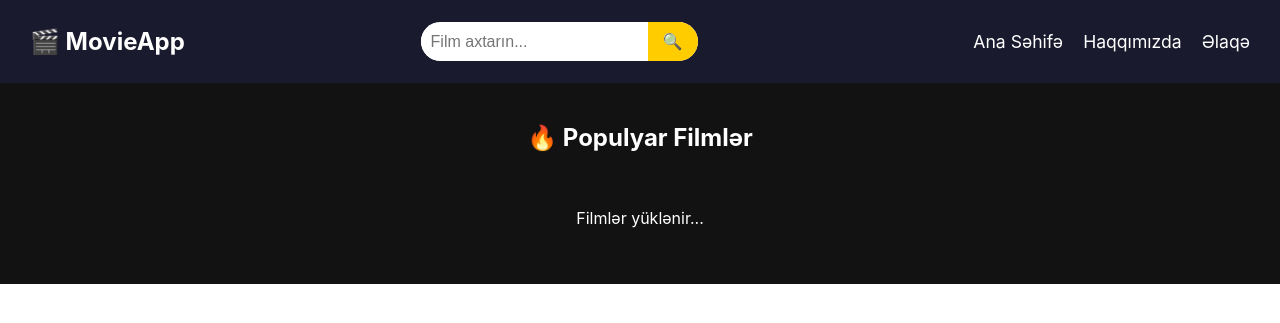
Repository: Zulfiyya077/InternIntelligence_MovieWebsite
Page: /
An editor plug-in stored every save of this project. The page is shown before and after the next save, followed by the edit.
The browser window is 1280 px wide. The pictures show the whole page.
The page's requests for data from a server got no answer. The project was rebuilt for these pictures with package versions that can differ from the ones it lists, and the page was loaded fresh each time. No one was signed in, and anything a server would have sent is missing. Also part of the build but not shown: vite.config.js, src/components/MovieCard.module.css, src/components/MovieCard.jsx, src/pages/MovieDetailsPage.module.css, src/pages/MovieDetailsPage.jsx, src/pages/SearchResultsPage.module.css, src/pages/SearchResultsPage.jsx, src/pages/About.module.css and 4 more.

Above is the page before, as saved 2025-02-24 01:08:08.

### src/App.jsx
import React from 'react';
import { BrowserRouter as Router, Routes, Route } from 'react-router-dom';
import Home from './pages/Home';
import MovieDetailsPage from './pages/MovieDetailsPage';
import SearchResultsPage from './pages/SearchResultsPage';
import About from './pages/About';
import Contact from './pages/Contact';
import Navbar from './components/Navbar';
import styles from './App.module.css';

const App = () => {
    return (
        <Router>
            <div className={styles.app}>
                <Navbar />
                <Routes>
                    <Route path="/" element={<Home />} />
                    <Route path="/movie/:id" element={<MovieDetailsPage />} />
                    <Route path="/search/:query" element={<SearchResultsPage />} />
                    <Route path="/about" element={<About />} />
                    <Route path="/contact" element={<Contact />} />
                </Routes>
            </div>
        </Router>
    );
};

export default App;

### src/pages/Home.jsx
import React, { useState, useEffect } from 'react';
import { getPopularMovies } from '../services/MovieService';
import MovieCard from '../components/MovieCard';
import styles from './Home.module.css';

const Home = () => {
    const [movies, setMovies] = useState([]);

    useEffect(() => {
        const fetchMovies = async () => {
            const data = await getPopularMovies();
            setMovies(data.results);
        };

        fetchMovies();
    }, []);

    return (
        <div className={styles.home}>
            <h2>🔥 Populyar Filmlər</h2>
            <div className={styles.movieList}>
                {movies.length > 0 ? (
                    movies.map((movie) => <MovieCard key={movie.id} movie={movie} />)
                ) : (
                    <p>Filmlər yüklənir...</p>
                )}
            </div>
        </div>
    );
};

export default Home;

### src/components/Navbar.jsx
import React from 'react';
import { Link } from 'react-router-dom';
import SearchBar from './SearchBar';
import styles from './Navbar.module.css';

const Navbar = () => {
    return (
        <nav className={styles.navbar}>
            <div className={styles.logo}>
                <Link to="/">🎬 MovieApp</Link>
            </div>
            <SearchBar />
            <ul className={styles.navLinks}>
                <li><Link to="/">Ana Səhifə</Link></li>
                <li><Link to="/about">Haqqımızda</Link></li>
                <li><Link to="/contact">Əlaqə</Link></li>
            </ul>
        </nav>
    );
};

export default Navbar;

### src/services/MovieService.jsx
import axios from 'axios';

const API_KEY = '347d82ea465848c0e545ed15f4366554'; // Buraya TMDB API açarını əlavə et
const BASE_URL = 'https://api.themoviedb.org/3';

// Axios instance yaradılır
const api = axios.create({
    baseURL: BASE_URL,
    params: {
        api_key: API_KEY,
        language: 'en-US',
    },
});

// Populyar filmləri gətirən funksiya
export const getPopularMovies = async () => {
    try {
        const response = await api.get('/movie/popular');
        return response.data;
    } catch (error) {
        console.error('Populyar filmlər yüklənərkən xəta baş verdi:', error);
        return { results: [] };
    }
};

// Axtarış funksiyası
export const searchMovies = async (query) => {
    try {
        const response = await api.get('/search/movie', {
            params: { query },
        });
        return response.data;
    } catch (error) {
        console.error('Film axtarışı zamanı xəta baş verdi:', error);
        return { results: [] };
    }
};

// Film detallarını gətirən funksiya
export const getMovieDetails = async (movieId) => {
    try {
        const response = await api.get(`/movie/${movieId}`);
        return response.data;
    } catch (error) {
        console.error('Film detalları yüklənərkən xəta baş verdi:', error);
        return null;
    }
};

### src/pages/Home.module.css
.home {
    padding: 20px;
    text-align: center;
    background-color: #121212;
    color: white;
}

.movieList {
    display: grid;
    grid-template-columns: repeat(auto-fit, minmax(200px, 1fr));
    gap: 20px;
    padding: 20px;
    justify-items: center;
}

### src/components/SearchBar.jsx
import React, { useState } from 'react';
import { useNavigate } from 'react-router-dom';
import styles from './SearchBar.module.css';

const SearchBar = () => {
    const [query, setQuery] = useState('');
    const navigate = useNavigate();

    const handleSearch = (e) => {
        e.preventDefault();
        if (query.trim()) {
            navigate(`/search/${query}`);
            setQuery('');
        }
    };

    return (
        <form onSubmit={handleSearch} className={styles.searchBar}>
            <input
                type="text"
                placeholder="Film axtarın..."
                value={query}
                onChange={(e) => setQuery(e.target.value)}
            />
            <button type="submit">🔍</button>
        </form>
    );
};

export default SearchBar;

### src/components/Navbar.module.css
.navbar {
    display: flex;
    align-items: center;
    justify-content: space-between;
    background-color: #1a1a2e;
    padding: 15px 30px;
    color: white;
}

.logo a {
    font-size: 1.5rem;
    color: white;
    text-decoration: none;
    font-weight: bold;
}

.navLinks {
    list-style: none;
    display: flex;
    gap: 20px;
}

.navLinks li a {
    color: white;
    text-decoration: none;
    font-size: 1.1rem;
    transition: color 0.3s;
}

.navLinks li a:hover {
    color: #ffcc00;
}

### src/components/SearchBar.module.css
.searchBar {
    display: flex;
    align-items: center;
    background-color: white;
    border-radius: 20px;
    overflow: hidden;
}

.searchBar input {
    border: none;
    padding: 10px;
    outline: none;
    font-size: 1rem;
}

.searchBar button {
    background-color: #ffcc00;
    border: none;
    padding: 10px 15px;
    cursor: pointer;
    font-size: 1rem;
}

.searchBar button:hover {
    background-color: #e6b800;
}

Loaded but not shown: index.html (common file); src/main.jsx (common file); src/index.css (common file)

After the next save:
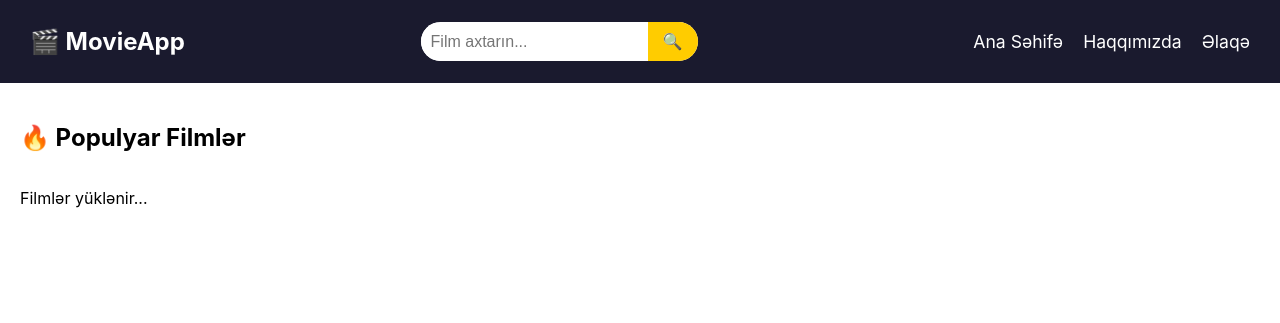
Saved 68 s later.
--- a/src/pages/Home.module.css
+++ b/src/pages/Home.module.css
@@ -1,14 +1,35 @@
+/* src/pages/Home.module.css */
 .home {
     padding: 20px;
-    text-align: center;
-    background-color: #121212;
-    color: white;
 }
 
 .movieList {
-    display: grid;
-    grid-template-columns: repeat(auto-fit, minmax(200px, 1fr));
+    display: flex;
+    flex-wrap: wrap;
+    justify-content: space-between;
     gap: 20px;
-    padding: 20px;
-    justify-items: center;
 }
+
+.movie-card {
+    position: relative;
+    display: inline-block;
+    width: 200px;
+    height: auto;
+    transition: filter 0.3s ease, transform 0.3s ease;
+}
+
+.movie-card img {
+    width: 100%;
+    height: auto;
+    border-radius: 8px;
+    transition: transform 0.3s ease;
+}
+
+.movie-card.blur {
+    filter: blur(5px); /* Diğer filmleri bulanık yapıyoruz */
+}
+
+.movie-card.selected {
+    transform: scale(1.05); /* Seçilen film biraz daha büyük olacak */
+    z-index: 2; /* Seçilen filmi öne alır */
+}
